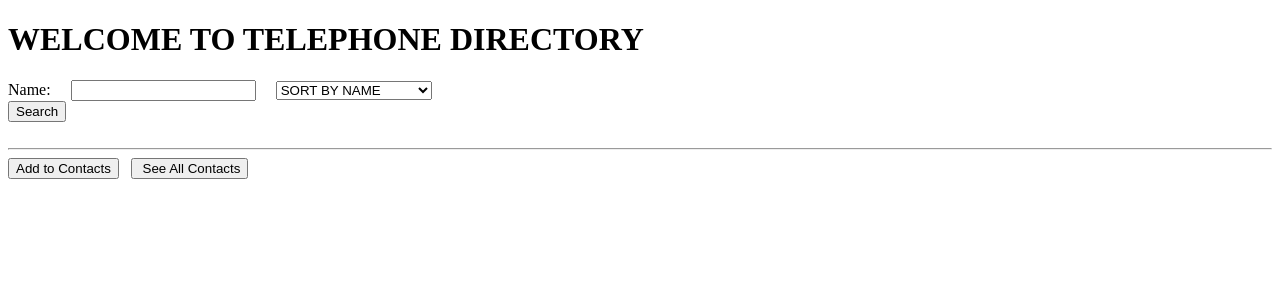
Repository: nikhilbad7/jsp-practicals
Page: classwork/WebContent/exp13.html
These files come from the project's save history. The page is drawn as it stood at one moment and after the next save; the edit follows.
The browser window is 1280 px wide. The pictures show the whole page.

Above is the page before, as saved 2018-04-12 09:38:22.

After the next save:
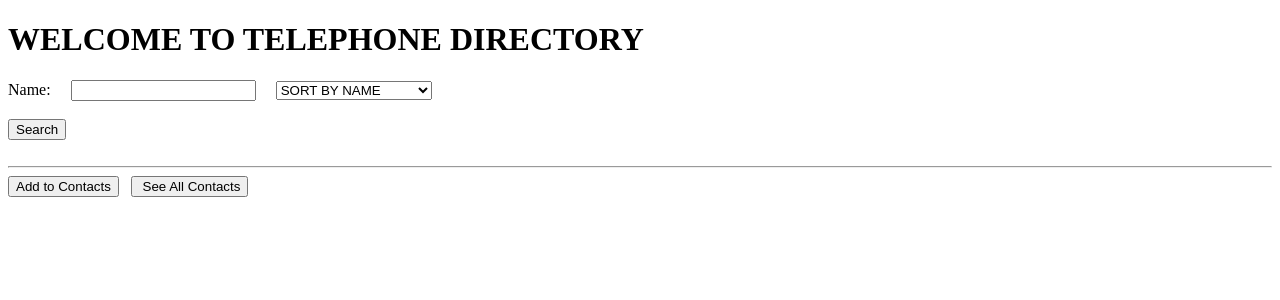
Saved 15 s later.
--- a/classwork/WebContent/exp13.html
+++ b/classwork/WebContent/exp13.html
@@ -18,7 +18,7 @@
 			<select name="sort">
 				<option>SORT BY NAME</option>
 				<option>SORT BY PHONE NO</option>
-			</select><br/>
+			</select><br/><br/>
 			<input type="submit" value="Search" />
 		</form>
 		<br/><hr/>
